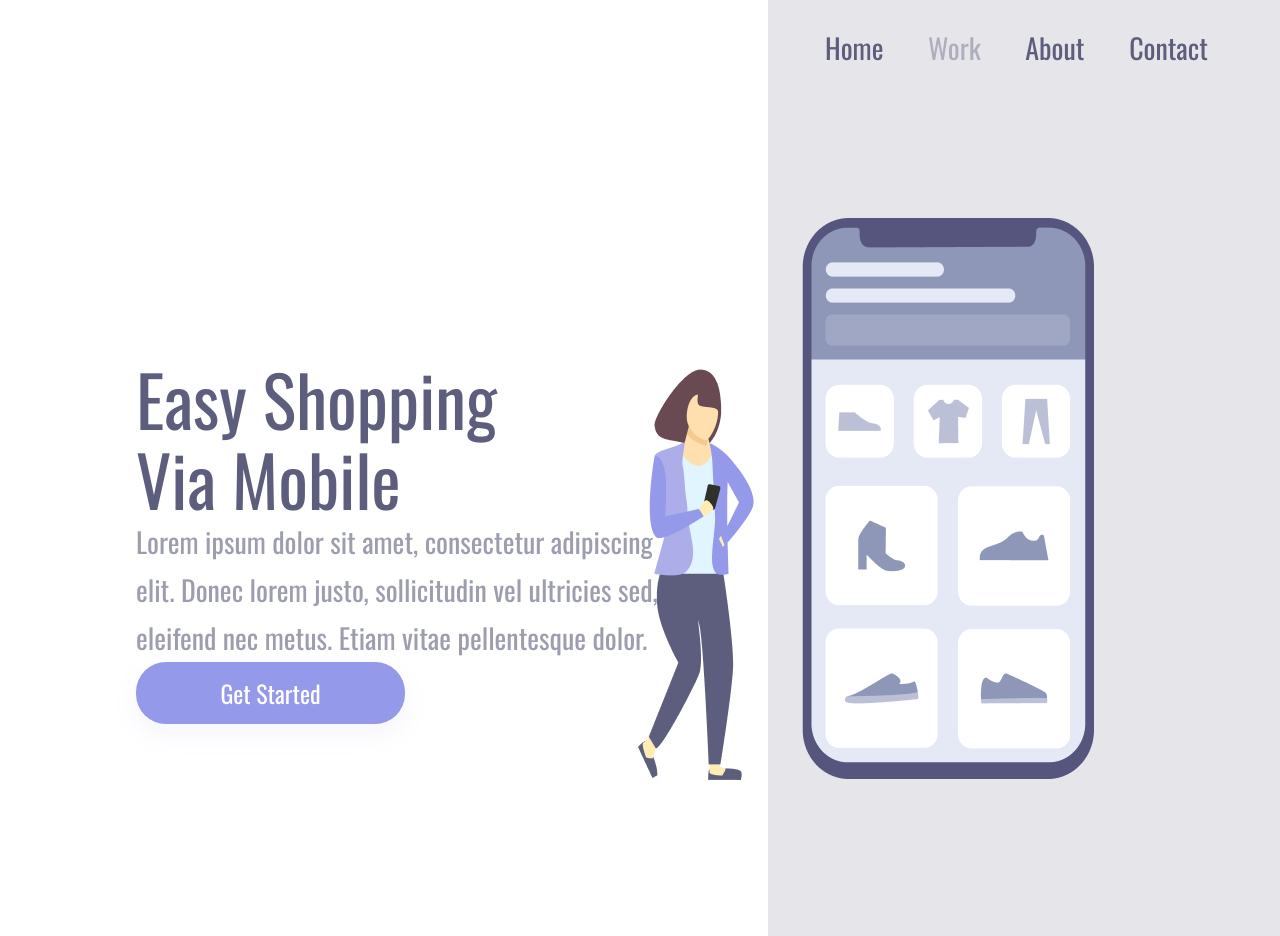
Repository: Leo-Marques-882/Projeto-Git-2
Page: index.html
The author's editor kept a copy of each file at every save. The page is drawn from the files as they stood at one save, then again after the next save.
The browser window is 1280 px wide. The pictures show the whole page.

Above is the page before, as saved 2023-03-07 00:33:21.

### index.html
<!DOCTYPE html>
<html lang="pt_br">

<head>
    <meta charset="UTF-8">
    <meta http-equiv="X-UA-Compatible" content="IE=edge">
    <meta name="viewport" content="width=device-width, initial-scale=1.0">
    <link rel="stylesheet" href="styless.css">
    <link rel="preconnect" href="https://fonts.googleapis.com">
    <link rel="preconnect" href="https://fonts.gstatic.com" crossorigin>
    <link href="https://fonts.googleapis.com/css2?family=Oswald&display=swap" rel="stylesheet">

    <title>Projeto 1</title>
</head>

<body>
    <div class="wrapper">
        <section class="container-left">
            <h1>Easy Shopping Via Mobile</h1>
            <p>Lorem ipsum dolor sit amet, consectetur adipiscing
                elit. Donec lorem justo, sollicitudin vel ultricies sed,
                eleifend nec metus. Etiam vitae pellentesque dolor. </p>
            <button>Get Started</button>
        </section>
        <section class="container-right">
            <header>
                <a>Home</a>
                <a>Work</a>
                <a>About</a>
                <a>Contact</a>
            </header>
            <img src="./img/Illustration.png" alt="girl-cellphone">
        </section>
    </div>
</body>

</html>

### styless.css
* {
    margin: 0;
    padding: 0;
    box-sizing: border-box;
    font-family: 'Oswald', sans-serif;
}

.wapper {
    height: 100vh;
    width: 100%;
}

.container-left {
    display: inline-block;
    width: 60%;
    margin-top: 28%;
    padding-left: 136px;
    padding-right: 82px;
}

h1 {
    font-weight: 400;
    font-size: 70px;
    line-height: 80px;
    color: #5D5D7D;
    width: 368px;
}

p {
    font-weight: 400;
    font-size: 28px;
    line-height: 48px;
    color: #5D5D7D;
    opacity: 0.6;
    margin: 15px -117;
    width: 540px;
}

button {
    width: 269px;
    height: 62px;
    background: #9499EA;
    box-shadow: 0px 10px 24px rgba(148, 153, 234, 0.0979959);
    font-weight: 400;
    font-size: 24px;
    line-height: 36px;
    text-align: center;
    color: #FFFFFF;
    border-radius: 30px;
    border: none;
    cursor: pointer;
}

button:hover {
    opacity: .8;
}

button:active {
    opacity: .5;
}

.container-right {
    display: inline-block;
    background-color: rgba(93, 93, 125, 0.16);
    height: 130vh;
    width: 40%;
    position: absolute;
}

a {
    width: 59px;
    font-weight: 400px;
    font-size: 28px;
    line-height: 41px;
    color: #5D5D7D;
    margin-right: 41px;
    cursor: pointer;
}

a:nth-child(2) {
    opacity: 0.4;
}

a:hover {
    opacity: .4;
}

a:active {
    opacity: .8;
}

img {
    position: relative;
    top: 16%;
    right: 130px;
}

header {
    margin: 27px 0 0 57px;
}

After the next save:
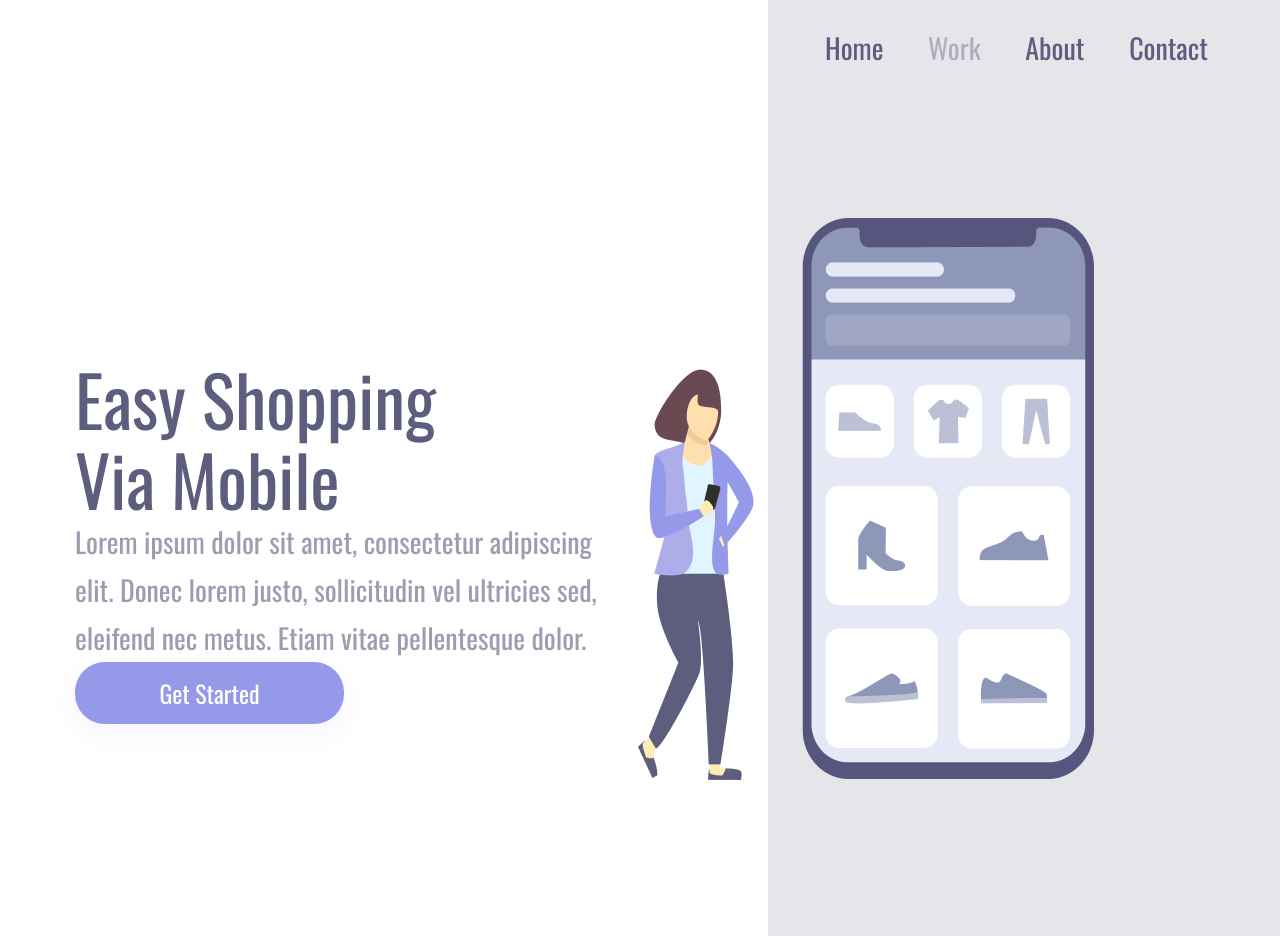
Saved 2 min 14 s later.
--- a/styless.css
+++ b/styless.css
@@ -14,7 +14,7 @@
     display: inline-block;
     width: 60%;
     margin-top: 28%;
-    padding-left: 136px;
+    padding-left: 75px;
     padding-right: 82px;
 }
 
